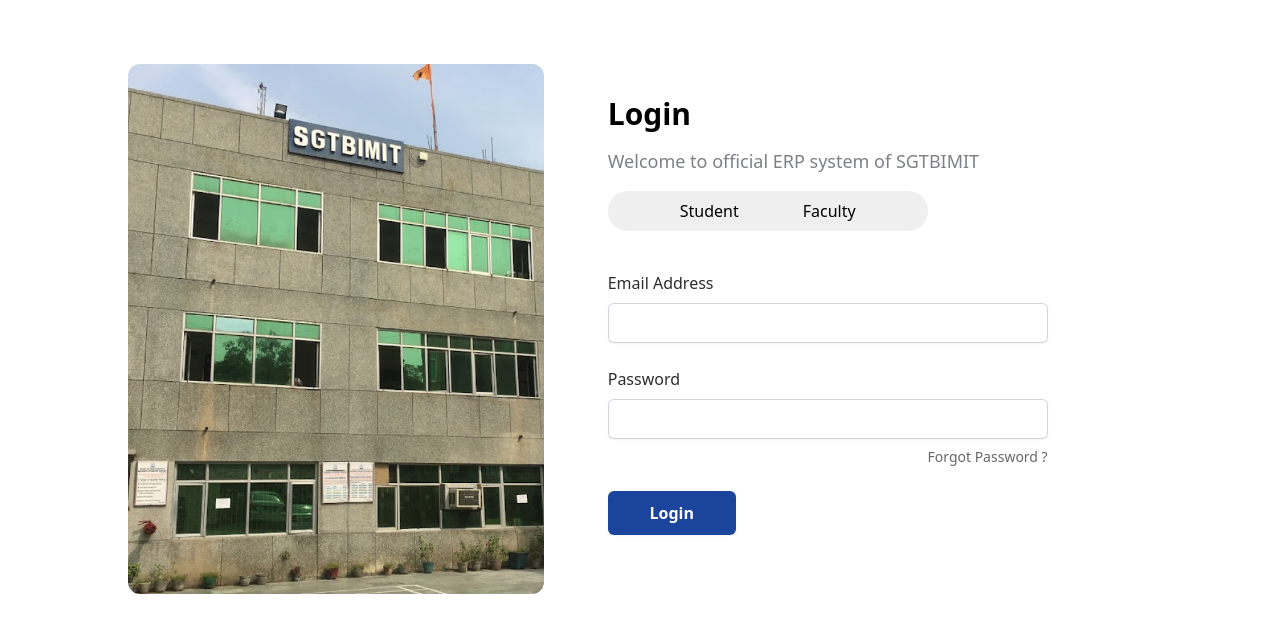
Repository: SehajBindra/SGTBIMIT-ERP-Client
Page: /StudentLogin
An editor plug-in stored every save of this project. The page is shown before and after the next save, followed by the edit.
The browser window is 1280 px wide. The pictures show the whole page.
The project was rebuilt for these pictures with package versions that can differ from the ones it lists, and the page was loaded fresh each time. Also part of the build but not shown: src/LOGIN/Login.js, src/LOGIN/FACULTY/FacultyLogin.js, src/STUDENT_PAGE/StuBody.js, src/STUDENT_PAGE/StuSidebar.js, src/STUDENT_PAGE/StuHeader.js, src/STUDENT_PAGE/StudentHome.js, src/FACULTY_PAGE/FacBody.js, src/FACULTY_PAGE/FacHeader.js and 2 more.

Above is the page before, as saved 2023-05-14 16:45:12.

### src/App.js
import React from 'react';
import { BrowserRouter as Router, Routes, Route } from "react-router-dom";
import './App.css';
import Login from './LOGIN/Login';
import StudentLogin from './LOGIN/STUDENT/StudentLogin';
import FacultyLogin from './LOGIN/FACULTY/FacultyLogin';
import StuBody from './STUDENT_PAGE/StuBody';
import StudentHome from './STUDENT_PAGE/StudentHome';
import StuSidebar from './STUDENT_PAGE/StuSidebar';
import StuHeader from './STUDENT_PAGE/StuHeader';
import FacBody from './FACULTY_PAGE/FacBody';
import FacHeader from './FACULTY_PAGE/FacHeader';
import FacSidebar from './FACULTY_PAGE/FacSidebar';
import FacultyHome from './FACULTY_PAGE/FacultyHome';
function App() {
  return (
    <div className="App">
      <Router>
        <Routes>
        <Route exact path="/" element={<Login />}></Route>
        <Route exact path="StudentLogin" element={<StudentLogin/>}></Route>
        <Route exact path="FacultyLogin" element={<FacultyLogin/>}></Route>
        <Route exact path="StuBody" element={<StuBody/>}></Route>
        <Route exact path="StuSidebar" element={<StuSidebar/>}></Route>
        <Route exact path="StuHeader" element={<StuHeader/>}></Route>
        <Route exact path="StudentHome" element={<StudentHome/>}></Route>
        <Route exact path="FacBody" element={<FacBody/>}></Route>
        <Route exact path="FacHeader" element={<FacHeader/>}></Route>
        <Route exact path="FacSidebar" element={<FacSidebar/>}></Route>
        <Route exact path="FacultyHome" element={<FacultyHome/>}></Route>
        </Routes>
      </Router>
    </div>
  );
}

export default App;

### src/LOGIN/STUDENT/StudentLogin.js
import React, { useEffect, useState } from "react";
import VisibilityIcon from "@mui/icons-material/Visibility";
import VisibilityOffIcon from "@mui/icons-material/VisibilityOff";

const StudentLogin = () => {
  const [translate, setTranslate] = useState(false);
  const [username, setUsername] = useState("");
  const [password, setPassword] = useState("");
  const [showPassword, setShowPassword] = useState(false);
  const [loading] = useState(false);

  useEffect(() => {
    setTimeout(() => {
      setTranslate(true);
    }, 1000);
  }, []);

  return (
    <div className=" flex flex-row h-[530px] my-16 max-w-5xl mx-auto ">
      <div className=" flex-col flex  ">
        <img
          className="hidden md:inline h-[530px] object-cover rounded-xl"
          src="/sgtb.jpg"
          alt="banner_image"
        />
      </div>

      <div className="bg-white text-left flex  ml-16 flex-col my-8">
        <h2 className="text-3xl  font-semibold">Login</h2>
        <p className="text-[#7F8087] text-[18px] my-4">
          Welcome to official ERP system of SGTBIMIT
        </p>

        <div
          className="flex  flex-row items-center  justify-center h-10 text-[#
            1B449C] bg-[#EEEE] max-w-xs  space-x-16 capitalize text-[16px] rounded-[32px]"
        >
          <p>student</p>
          <p className="">faculty</p>
        </div>

        <div>
          <div className="mt-10 text-[16px] capitalize  sm:w-full sm:max-w-sm">
            <form className="space-y-6" action="#" method="POST">
              <div>
                <label className="block text-left  font-normal leading-6 text-[#2D2D2D]">
                  Email address
                </label>
                <div className="mt-2">
                  <input
                    id="email"
                    name="email"
                    type="email"
                    autoComplete="email"
                    required
                    className="block w-[440px] rounded-md border-0 py-2 text-gray-900 shadow-sm ring-1 ring-inset ring-gray-300 placeholder:text-gray-400 focus:ring-2 focus:ring-inset focus:ring-indigo-600 sm:text-sm sm:leading-6"
                  />
                </div>
              </div>

              <div>
                <div className="flex items-center justify-between">
                  <label
                    htmlFor="password"
                    className="block  font-normal leading-6 text-[#2D2D2D]"
                  >
                    Password
                  </label>
                </div>
                <div className="mt-2">
                  <input
                    id="password"
                    name="password"
                    type="password"
                    autoComplete="current-password"
                    required
                    className="block w-[440px] rounded-md border-0 py-2 text-gray-900 shadow-sm ring-1 ring-inset ring-gray-300 placeholder:text-gray-400 focus:ring-2 focus:ring-inset focus:ring-indigo-600 sm:text-sm sm:leading-6"
                  />
                </div>
                <div className="text-sm text-right w-[440px] my-2">
                  <a
                    href="#"
                    className=" font-medium text-black/60 hover:text-black/60"
                  >
                    Forgot password ?
                  </a>
                </div>
              </div>

              <div>
                <button
                  type="submit"
                  className="flex w-32 justify-center rounded-md bg-[#1B449C] px-3 py-2.5 text-[16px] font-semibold leading-6 text-white shadow-sm hover:bg-indigo-500 focus-visible:outline focus-visible:outline-2 focus-visible:outline-offset-2 focus-visible:outline-indigo-600"
                >
                  Login
                </button>
              </div>
            </form>
          </div>
        </div>
      </div>
    </div>
  );
};

export default StudentLogin;

### src/LOGIN/Login.css
*{
    margin: 0;
    padding: 0;
}
.display{
    min-height: 100vh;
    width: 100%;
    background-image: url("back.jpg");
    background-repeat: no-repeat;
    background-size: cover;
    background-position: center;
    position: relative;

}

Loaded but not shown: public/index.html (common file); src/index.js (common file); src/index.css (common file); src/App.css (common file); tailwind.config.js (common file)

After the next save:
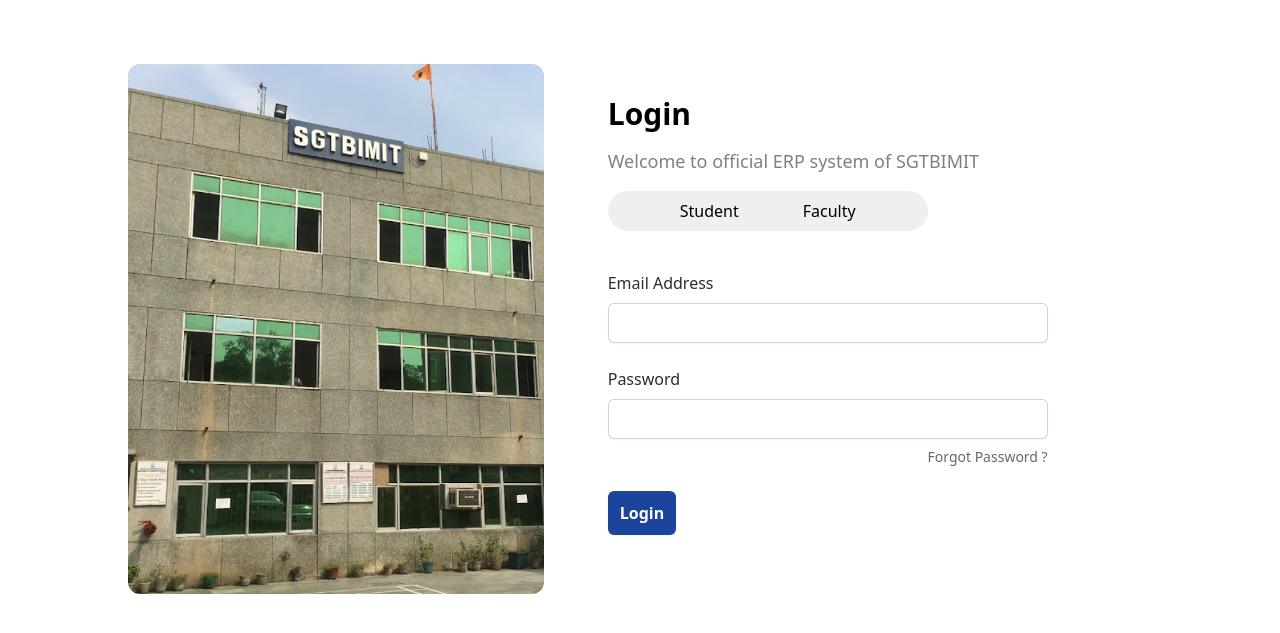
Saved 24 s later.
--- a/src/LOGIN/STUDENT/StudentLogin.js
+++ b/src/LOGIN/STUDENT/StudentLogin.js
@@ -90,7 +90,7 @@
               <div>
                 <button
                   type="submit"
-                  className="flex w-32 justify-center rounded-md bg-[#1B449C] px-3 py-2.5 text-[16px] font-semibold leading-6 text-white shadow-sm hover:bg-indigo-500 focus-visible:outline focus-visible:outline-2 focus-visible:outline-offset-2 focus-visible:outline-indigo-600"
+                  className="flex w-38 justify-center rounded-md bg-[#1B449C] px-3 py-2.5 text-[16px] font-semibold leading-6 text-white shadow-sm hover:bg-indigo-500 focus-visible:outline focus-visible:outline-2 focus-visible:outline-offset-2 focus-visible:outline-indigo-600"
                 >
                   Login
                 </button>
